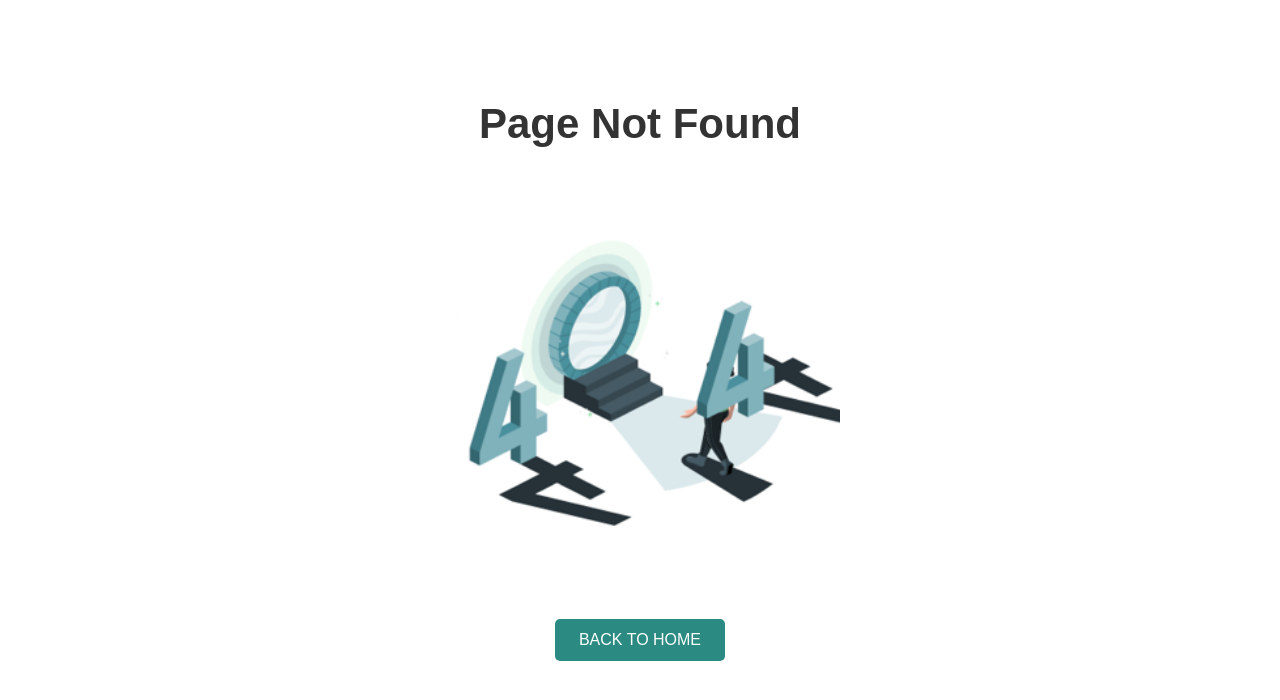
Repository: sarramz/ProjetBI-AI-dev
Page: /1
These files come from the project's save history. The page is drawn as it stood at one moment and after the next save; the edit follows.
The browser window is 1280 px wide. The pictures show the whole page.
The project was rebuilt for these pictures with package versions that can differ from the ones it lists, and the page was loaded fresh each time. Also part of the build but not shown: vite.config.js.

Above is the page before, as saved 2025-02-23 10:27:17.

### src/App.jsx
import React from "react";
import { BrowserRouter as Router, Routes, Route } from "react-router-dom";
import NotFoundPage from "./pages/NotFoundPage.jsx";

const Home = () => <h1 className="text-4xl text-center mt-10">Bienvenue sur la page d'accueil</h1>;

const App = () => {
  return (
    <Router>
      <Routes>
        <Route path="/" element={<Home />} />
        <Route path="*" element={<NotFoundPage />} />
      </Routes>
    </Router>
  );
};

export default App;

### src/pages/NotFoundPage.jsx
import React from "react";
import "./style.css"; // Assure-toi que ce fichier existe
import image404 from "/image.png"; // Image située dans `public/`

export default function NotFoundPage() {
  return (
    <div className="container">
      <h2>Page Not Found</h2>
      <div className="image-container">
        <img src={image404} alt="404 Illustration" />
      </div>
      <a href="/" className="back-button">BACK TO HOME</a>
    </div>
  );
}

### src/pages/style.css
/* style.css */
body {
    margin: 0;
    font-family: Arial, sans-serif;
    background-color: white;
    color: #333;
  }

  nav {
    display: flex;
    justify-content: space-between;
    align-items: center;
    padding: 20px 50px;
    border-bottom: 1px solid #ddd;
  }

  .nav-links a {
    margin: 0 15px;
    text-decoration: none;
    color: black;
    font-weight: 500;
  }

  .nav-links a.active {
    text-decoration: underline;
  }

  .search-bar {
    display: flex;
    align-items: center;
  }

  .search-bar input {
    padding: 5px 10px;
    border: 1px solid #ddd;
    border-radius: 5px;
  }

  .icon {
    margin-left: 15px;
    cursor: pointer;
  }

  .container {
    text-align: center;
    margin-top: 100px;
  }

  .container h2 {
    font-size: 42px;
    font-weight: bold;
  }

  .image-container {
    margin-top: 30px;
  }

  .image-container img {
    width: 400px;
  }

  .back-button {
    display: inline-block;
    margin-top: 20px;
    padding: 12px 24px;
    background-color: #2b8a82;
    color: white;
    font-size: 16px;
    border-radius: 5px;
    text-decoration: none;
  }

Loaded but not shown: index.html (common file); src/main.jsx (common file); src/index.css (common file)

After the next save:
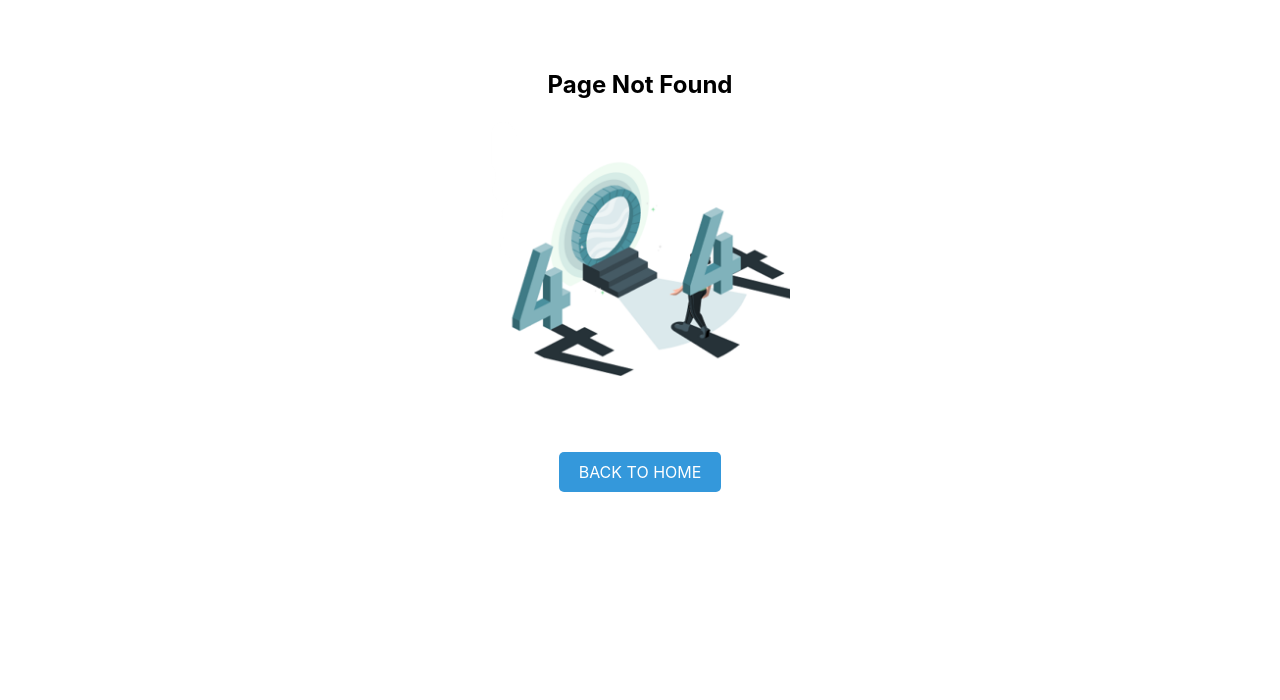
Saved 23 s later.
--- a/src/pages/style.css
+++ b/src/pages/style.css
@@ -1,71 +1,23 @@
-/* style.css */
-body {
-    margin: 0;
-    font-family: Arial, sans-serif;
-    background-color: white;
-    color: #333;
-  }
+.container {
+  text-align: center;
+  padding: 50px;
+}
 
-  nav {
-    display: flex;
-    justify-content: space-between;
-    align-items: center;
-    padding: 20px 50px;
-    border-bottom: 1px solid #ddd;
-  }
+.image-container img {
+  width: 300px;
+  max-width: 100%;
+}
 
-  .nav-links a {
-    margin: 0 15px;
-    text-decoration: none;
-    color: black;
-    font-weight: 500;
-  }
+.back-button {
+  display: inline-block;
+  margin-top: 20px;
+  padding: 10px 20px;
+  background-color: #3498db;
+  color: white;
+  text-decoration: none;
+  border-radius: 5px;
+}
 
-  .nav-links a.active {
-    text-decoration: underline;
-  }
-
-  .search-bar {
-    display: flex;
-    align-items: center;
-  }
-
-  .search-bar input {
-    padding: 5px 10px;
-    border: 1px solid #ddd;
-    border-radius: 5px;
-  }
-
-  .icon {
-    margin-left: 15px;
-    cursor: pointer;
-  }
-
-  .container {
-    text-align: center;
-    margin-top: 100px;
-  }
-
-  .container h2 {
-    font-size: 42px;
-    font-weight: bold;
-  }
-
-  .image-container {
-    margin-top: 30px;
-  }
-
-  .image-container img {
-    width: 400px;
-  }
-
-  .back-button {
-    display: inline-block;
-    margin-top: 20px;
-    padding: 12px 24px;
-    background-color: #2b8a82;
-    color: white;
-    font-size: 16px;
-    border-radius: 5px;
-    text-decoration: none;
-  }
+.back-button:hover {
+  background-color: #2980b9;
+}
